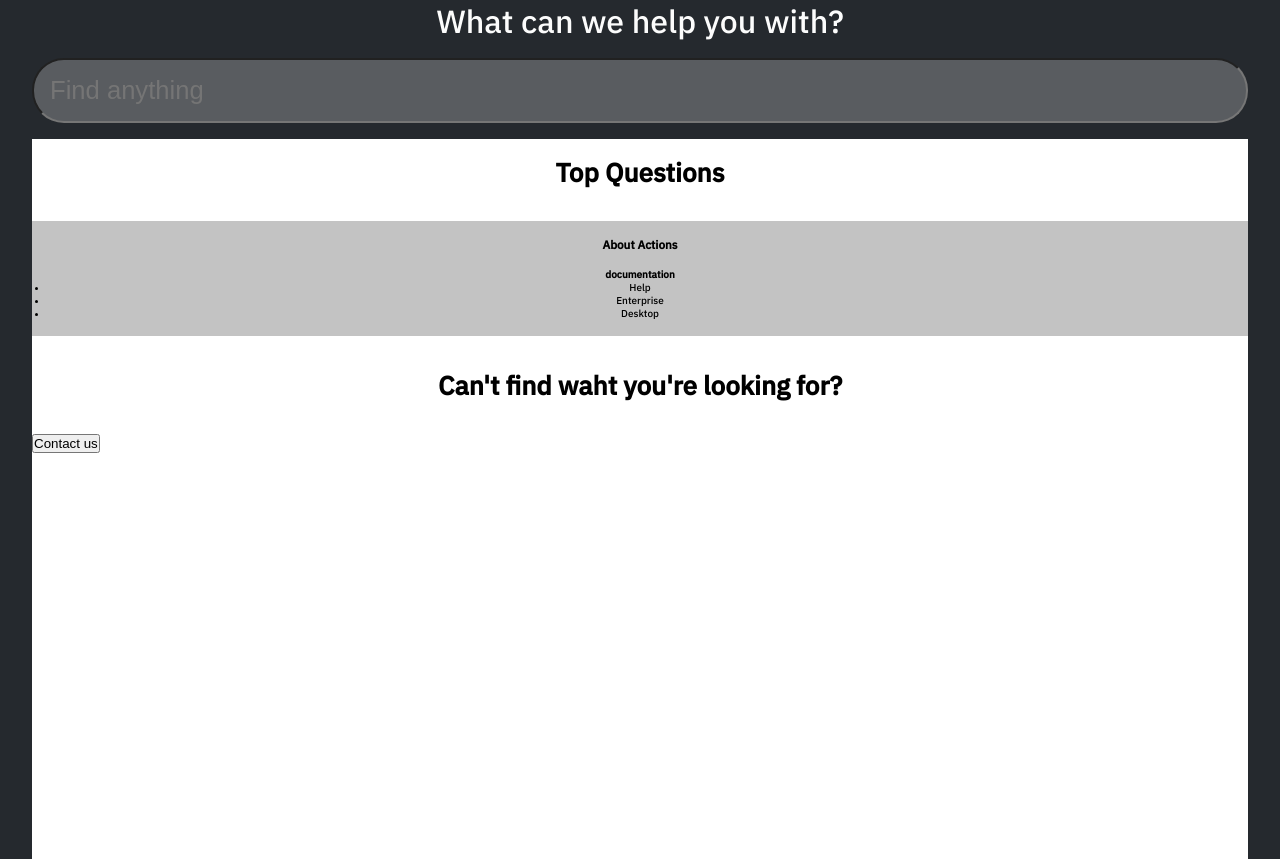
Repository: Hcmwebs/Help-Center-UI-
Page: index.html
An editor plug-in stored every save of this project. The page is shown before and after the next save, followed by the edit.
The browser window is 1280 px wide. The pictures show the whole page.
The style sheet was rebuilt from its Sass, Less or Tailwind sources for each picture, by a compiler version that may differ from the author's.

Above is the page before, as saved 2020-08-25 22:51:49.

After the next save:
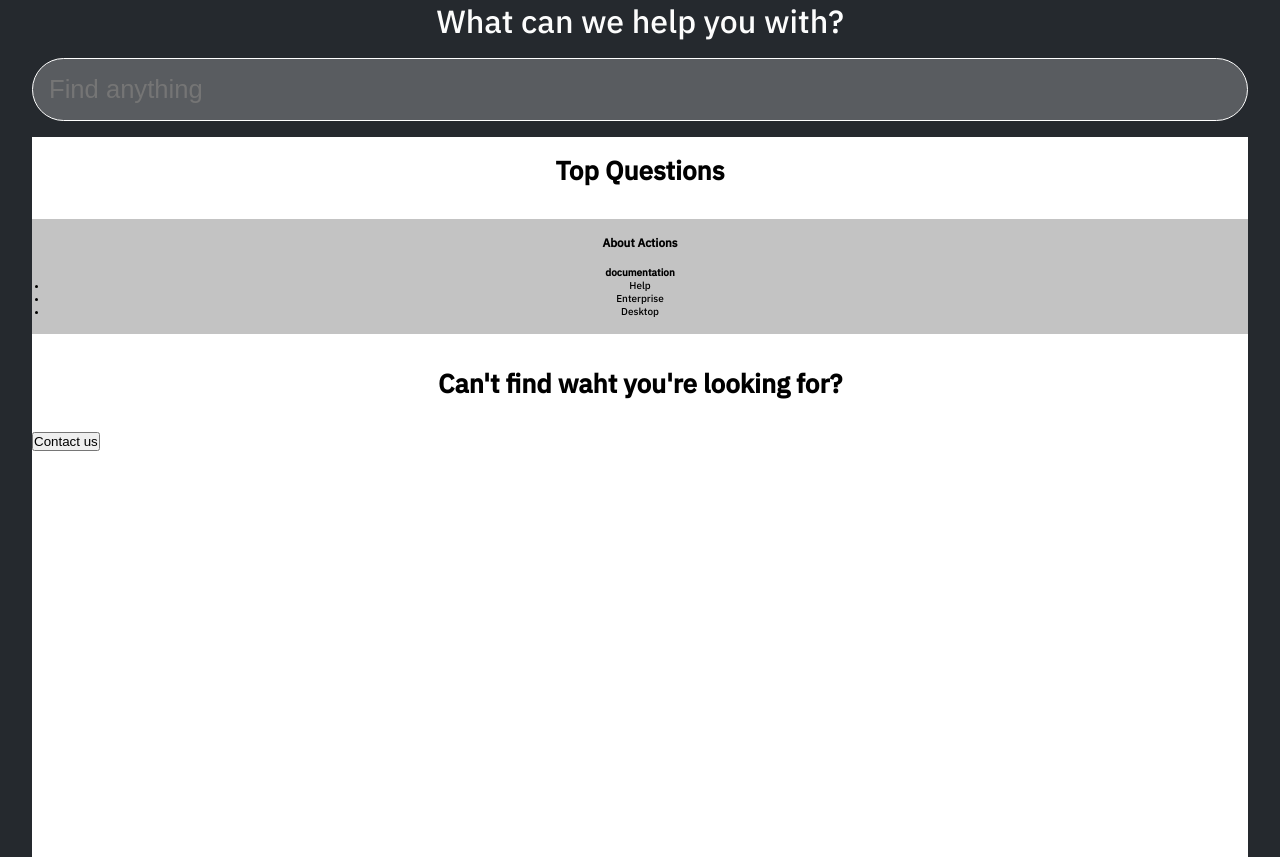
Saved 24 s later.
--- a/scss/styles.scss
+++ b/scss/styles.scss
@@ -42,6 +42,7 @@ header{
         padding: 1rem;
         background-color:rgba(255,255,255,0.24);
         border-radius: 2rem;
+        border: 1px solid #fff;
 
     }
 
